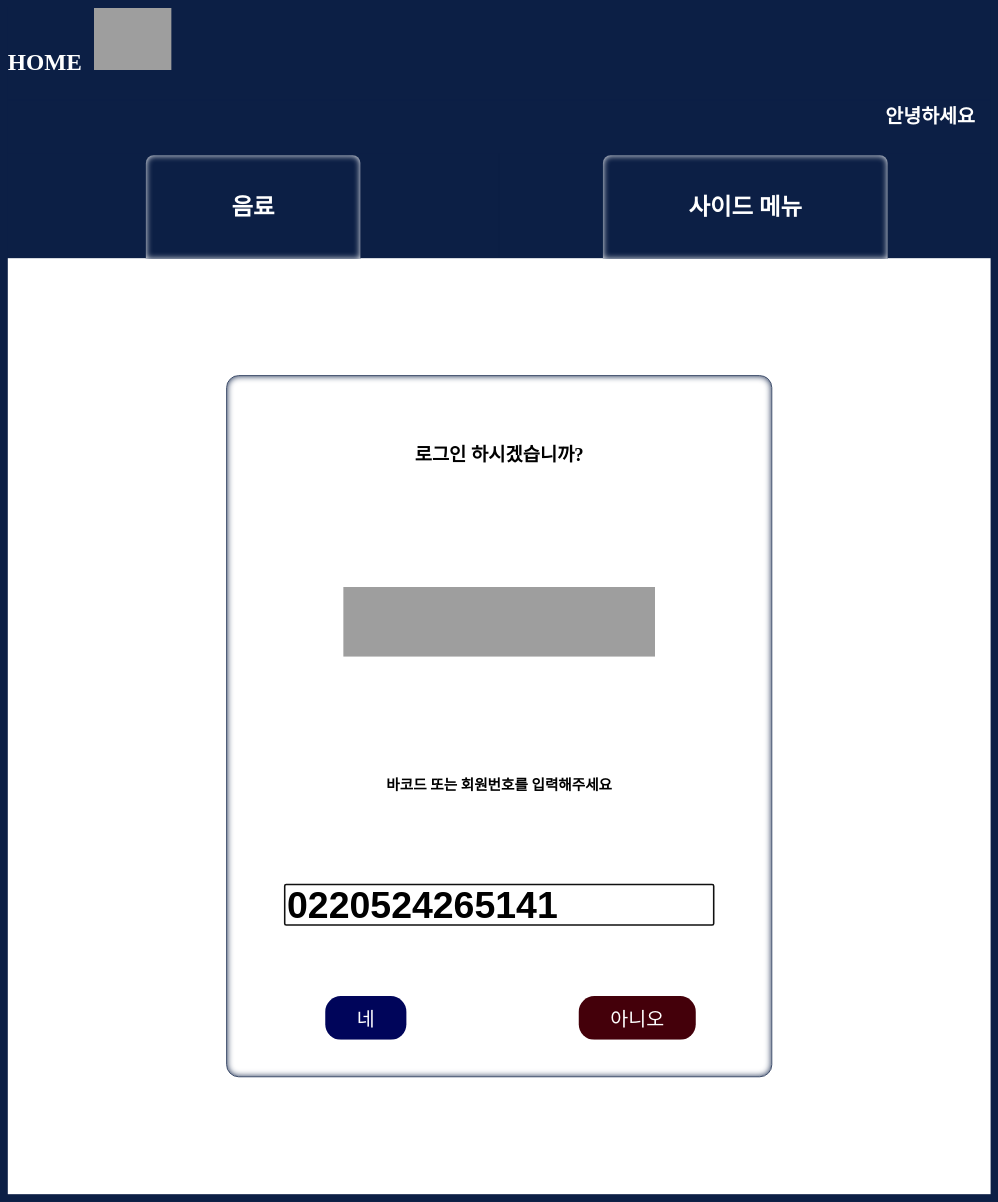
Repository: DevJoeYC/Metabukcs
Page: http://localhost/metabucks/KIOSK/login.jsp
These files come from the project's save history. The page is drawn as it stood at one moment and after the next save; the edit follows.
The browser window is 1280 px wide. The pictures show the whole page, at 78% of full size.
Pictures or frames that could not be fetched are drawn as grey boxes. The page is served by Tomcat 9. Other server files are loaded and not shown.

Above is the page before, as saved 2022-05-27 05:43:13.

### metabucks/WebContent/KIOSK/login.jsp
<%@ page language="java" contentType="text/html; charset=UTF-8"
    pageEncoding="UTF-8"%>
<%@ include file="includes/head.jsp" %>
<script>
	window.onload = function()
	{
		$("#usernum").focus();
	}

	function DoLogin()
	{
		if($("#usernum").val() == "" || $("#usernum").val() == null)

		{
			alert("회원번호를 입력하세요.");
			$("#usernum").focus();
			return;
		}

		//로그인 처리
		$.ajax({
			type : "post",
			url: "loginok.jsp",
			dataType: "html",
			data:
			{
				usernum: $("#usernum").val()
		    },
			success : function(data)
			{
				data = data.trim();
				if(data == "OK")
				{
					document.location = "drinkmenu.jsp";
				}else
				{
					alert("회원번호가 일치하지 않습니다.");
				}
			}
		});
	}
</script>
<!-- ==================================================================================================================== -->
<tr>
	<td style="background-color:white;padding:150px 0px 150px 0px" colspan=3>
		<form name="login" method="post" action="loginok.jsp" onsubmit="javascript:return false;">
		<table id="login" border="0" height="900" width="700" style="margin : auto; text-align:center">
			<tr>
				<td colspan="2"><h2>로그인 하시겠습니까?</h2></td>
			</tr>
			<tr>
				<td colspan="2"><img src="images/barcode.png" width="400" height="90"></td>
			</tr>
			<tr>
				<td colspan=2><h3>바코드 또는 회원번호를 입력해주세요</h3></td>
			</tr>

			<tr>
				<td colspan=2><input type="text"
									 id="usernum"
									 name="usernum"
									 style="width:34rem; height:3rem;font-size:3rem;font-weight:bold"
									 value="0220524265141">
				</td>
			</tr>

			<tr>
				<td width="350px"><a id="yes" href="javascript:DoLogin();">네</a></td>
				<td><span><a id="no" href="drinkmenu.jsp">아니오</a></span></td>
			</tr>
		</table>
		</form>
	</td>
<!-- ==================================================================================================================== -->
<%@ include file="includes/tail.jsp" %>

### metabucks/WebContent/KIOSK/includes/head.jsp
<%@ page language="java" contentType="text/html; charset=UTF-8"
    pageEncoding="UTF-8"%>
<%@ page import="meta.dto.*" %>
<%@ page import="meta.vo.*" %>
<!DOCTYPE html>

<%
	//session.setMaxInactiveInterval(60*1); //1분후 세션만료(아무 움직임 없을시)
	String id = "";
	accountVO user  = (accountVO) session.getAttribute("accountVO");
	if(user != null)
	{
		id = user.id();
	}
%>
<html>
	<head>

		<title>메타벅스</title>
		<link rel="stylesheet" href="css/kiosk.css"/>
		<script src="js/jquery-3.6.0.js"></script>
	</head>
	<style>

    	</style>
	<body>
		<table border=0  style="width:100%;">
			<tr>
				<td id="bar" colspan="2" style="text-align:left;padding:0px 0px 30px 0px"><a style="color: white;text-decoration:none;" href="index.jsp">HOME &nbsp;<img src="images/CoffeeLogo.png" height="80px" width="100px"></a></td>
			</tr>
			<tr>
				<td id="bar" colspan="2" style="text-align:right; width:100px; height:30px; font-size:25px; padding:0px 20px 30px 0px">
					<%
						if(id == null || id.equals(""))
						{
							%>
								안녕하세요
							<%
						}else
						{
							%>
							( <%= user.name() %> )님 환영합니다 &nbsp;&nbsp;&nbsp;<a id="mypagebtn" href="mypage.jsp">마이페이지</a></td>
							<%
						}
					%>
				</td>
			</tr>
			<tr>
				<td id="bar"  height="130px" width="100px" style="text-align:center"><a id="menu" style="color: white" href="drinkmenu.jsp">음료</a></td>
				<td id="bar" width="130px" style="text-align:center"><a id="menu" style="color: white" href="sidemenu.jsp">사이드 메뉴</a></td>
			</tr>

### metabucks/WebContent/KIOSK/includes/tail.jsp
<%@ page language="java" contentType="text/html; charset=UTF-8"
    pageEncoding="UTF-8"%>
</tr>
		</table>
	</body>
	</html>

### metabucks/WebContent/KIOSK/css/kiosk.css
@charset "UTF-8";

	#indexbar
	{
		font-size:30px
	}
	#abtn
	{
		text-decoration: none;
		background-color: #0C1F45;
		border:dotted;
		color: maroon;
		padding:80px 300px 80px 300px ;
		text-align: center;
		display: inline-block;
		border-radius: 20px 20px 20px 20px;
	}
	#abtn:hover, #abtn:active
	{
		background-color: #471214;
	}

	body
	{
		background-color:#0C1F45;
	}

	#login
	{
		background-color:white;
		border:1px solid #0C1F45;
		border-radius:16px;
		box-shadow:inset 0 0 8px #0C1F45;
	}
	#bar
	{
		background-color:#0C1F45;
		color:white;
		font-size:30px;
		font-weight:bold;
	}
	#menu
	{
		background-color: #0C1F45;
		text-decoration: none;
		padding: 50px 110px;
		border-radius: 10px 10px 0px 0px;
		box-shadow:inset 0 0 8px white;
		font-weight:bold;
	}
	#menu:hover
	{
		background-color: #471214;
	}
	#yes
	{
		text-decoration: none;
		background-color: #00055A;
		color: white;
		padding: 10px 40px;
		text-align: center;
		display: inline-block;
		border-radius: 20px 20px 20px 20px;
		font-size:25px;
	}
	#no
	{
		text-decoration: none;
		background-color: #44000A;
		color: white;
		padding: 10px 40px;
		text-align: center;
		display: inline-block;
		border-radius: 20px 20px 20px 20px;
		font-size:25px;
	}

	#optbtn
	{
		background-Color:#0C1F45;
		font:12px;
		font-weight:bold;
		color:white;
		border-radius: 10px 10px 10px 10px;
		font-size:20px;
	}
	#optbtn:hover
	{
		background-Color:#085820;
	}
	#optbtn:visited
	{
		background-Color:#085820;
	}
	#mypagebtn
	{
		text-decoration: none;
		background-color: white;
		color:black;
		padding: 10px 20px;
		display: inline-block;
		border-radius: 20px 20px 20px 20px;
		font-weight:bold;
		font-size:15px
	}

	#orderbtn
	{
		text-decoration: none;
		background-color: white;
		color: black;
		padding: 30px 190px;
		display: inline-block;
		border-radius: 10px 10px 10px 10px;;
		font-weight:bold;
		font-size:30px
	}
	#cancelbtn
	{
		text-decoration: none;
		background-color: #660010;
		color: white;
		padding: 60px 100px;
		display: inline-block;
		border-radius: 10px 10px 10px 10px;;
		font-weight:bold;
		font-size:30px;
	}

Loaded but not shown: metabucks/WebContent/KIOSK/js/jquery-3.6.0.js (library)

After the next save:
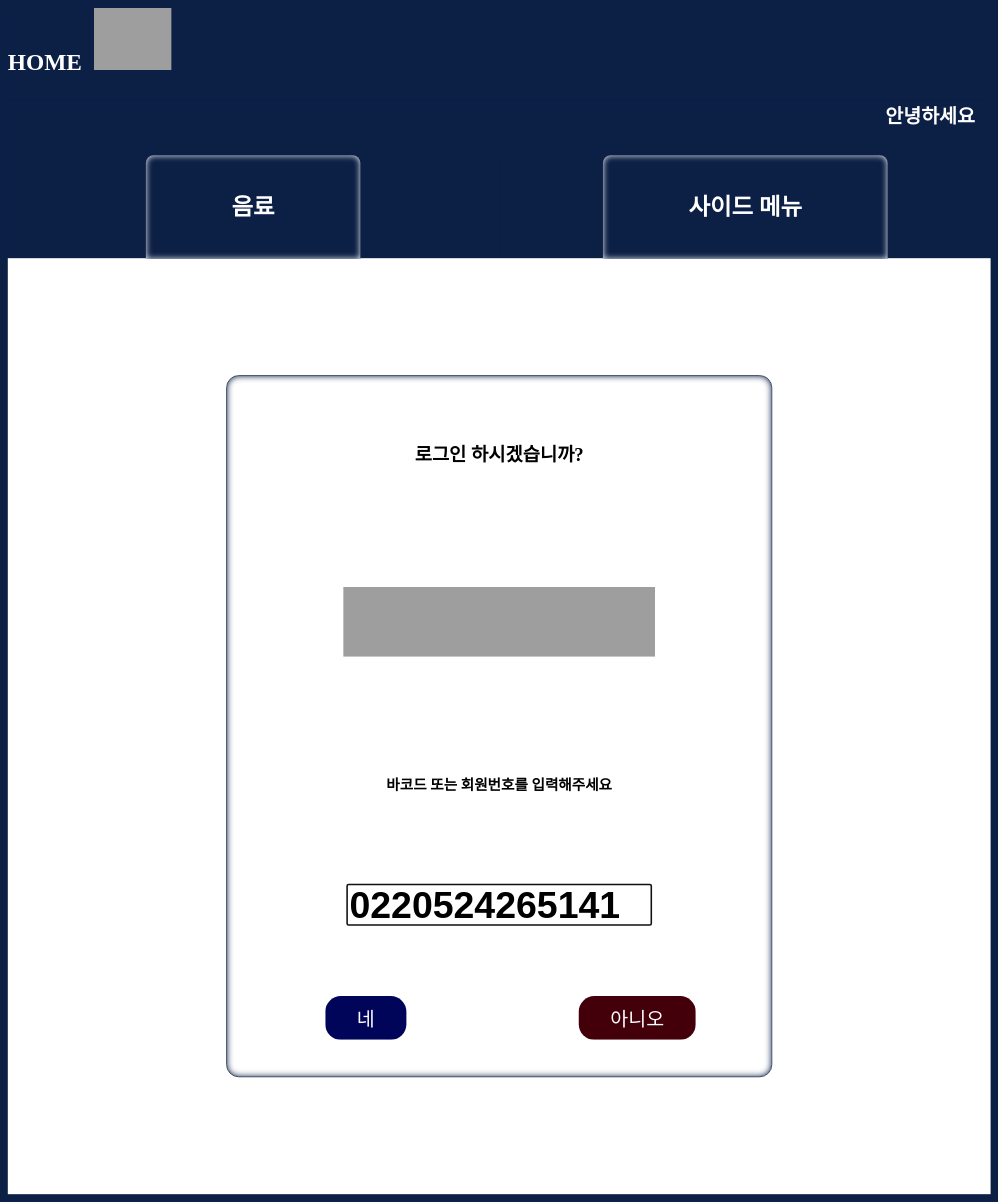
Saved 8 s later.
--- a/metabucks/WebContent/KIOSK/login.jsp
+++ b/metabucks/WebContent/KIOSK/login.jsp
@@ -59,7 +59,7 @@
 				<td colspan=2><input type="text"
 									 id="usernum"
 									 name="usernum"
-									 style="width:34rem; height:3rem;font-size:3rem;font-weight:bold"
+									 style="width: 24rem; height:3rem;font-size:3rem;font-weight:bold"
 									 value="0220524265141">
 				</td>
 			</tr>
